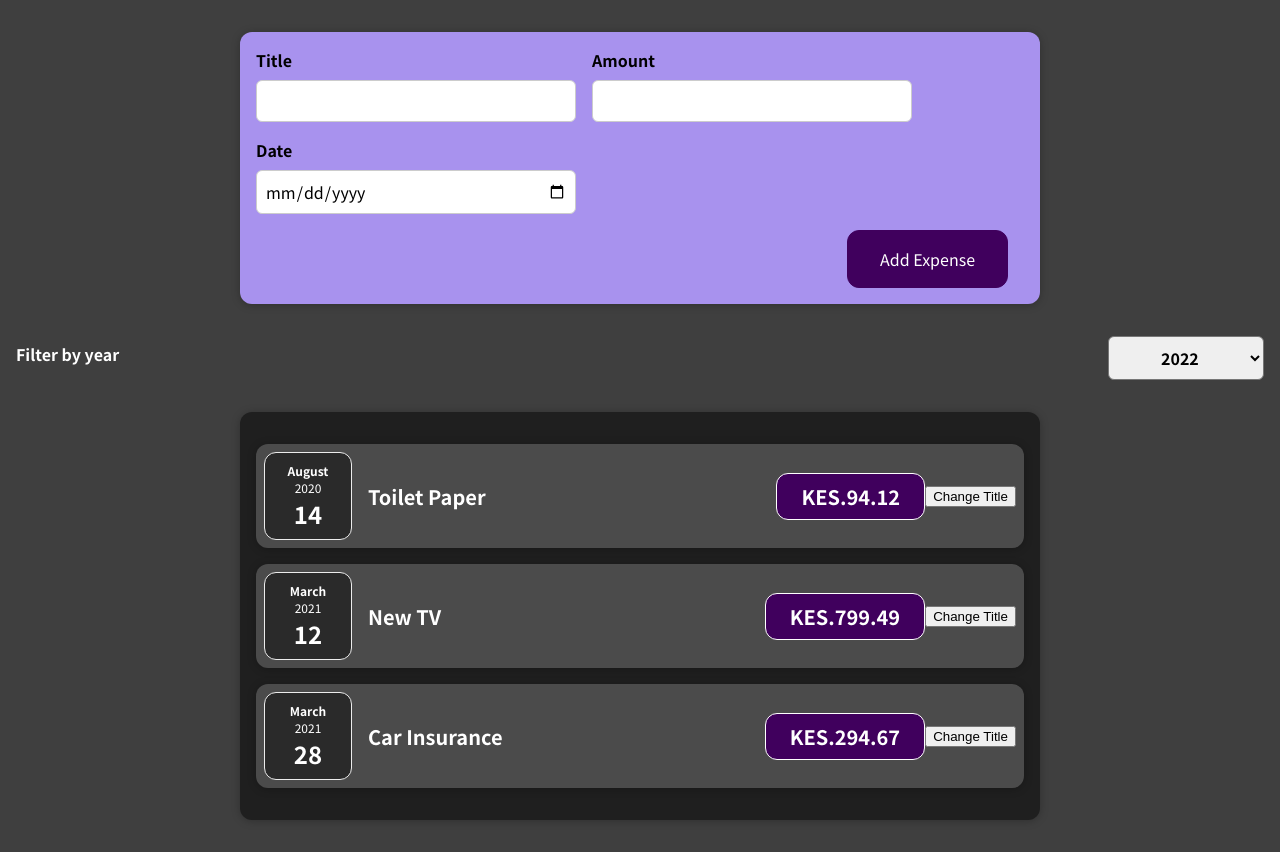
Repository: Samkiroko/expense-tracker-react
Page: /
The author's editor kept a copy of each file at every save. The page is drawn from the files as they stood at one save, then again after the next save.
The browser window is 1280 px wide. The pictures show the whole page.
The project was rebuilt for these pictures with package versions that can differ from the ones it lists, and the page was loaded fresh each time.

Above is the page before, as saved 2021-06-09 08:00:55.

After the next save:
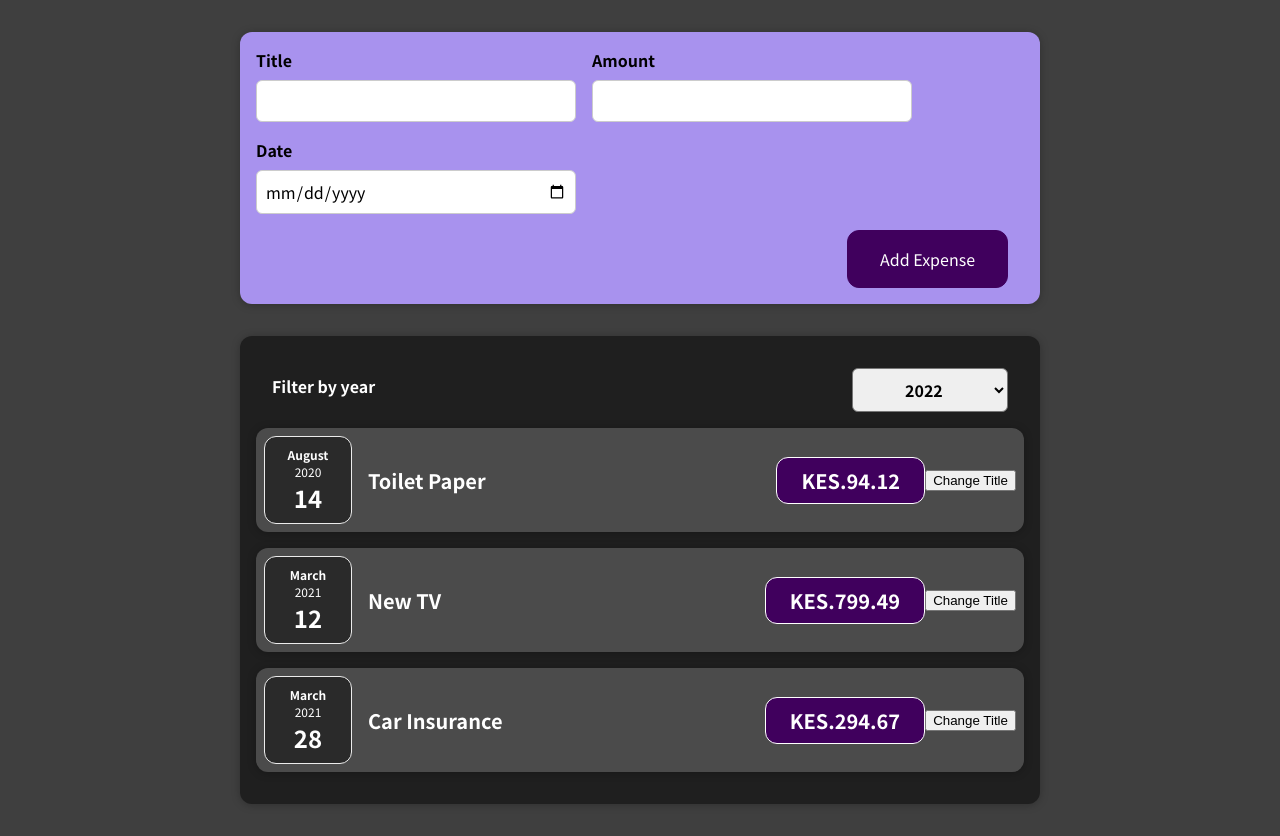
Saved 79 s later.
--- a/src/components/Expenses/Expenses.js
+++ b/src/components/Expenses/Expenses.js
@@ -7,8 +7,8 @@ import ExpensesFilter from './ExpensesFilter'
 function Expenses(props) {
   return (
     <div>
-      <ExpensesFilter />
       <Card className='expenses'>
+        <ExpensesFilter />
         <ExpenseItem title={props.items[0].title} amount={props.items[0].amount} date={props.items[0].date} />
         <ExpenseItem title={props.items[1].title} amount={props.items[1].amount} date={props.items[1].date} />
         <ExpenseItem title={props.items[2].title} amount={props.items[2].amount} date={props.items[2].date} />
